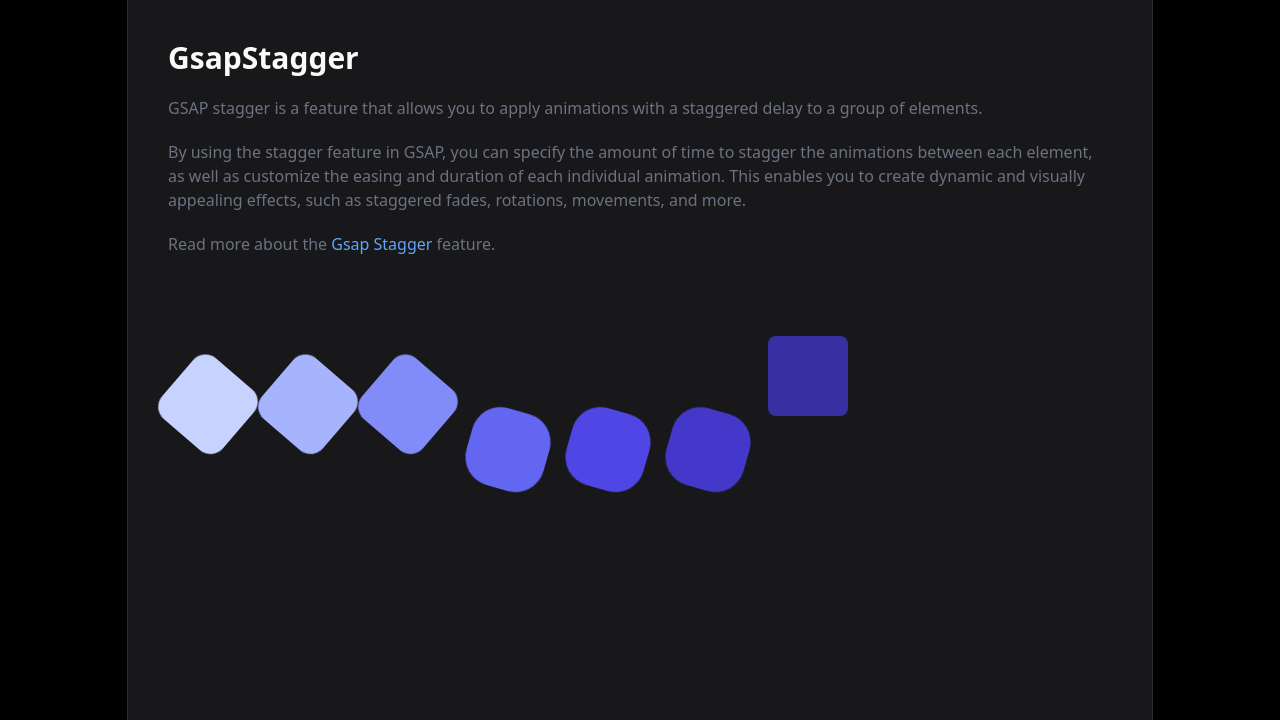
Repository: mgoyeghiaian/gsap-Starter
Page: /gsapstagger
An editor plug-in stored every save of this project. The page is shown before and after the next save, followed by the edit.
The browser window is 1280 px wide. The pictures show the whole page.
The project was rebuilt for these pictures with package versions that can differ from the ones it lists, and the page was loaded fresh each time. Also part of the build but not shown: vite.config.js, src/pages/Home.jsx, src/pages/GsapTo.jsx, src/pages/GsapFrom.jsx, src/pages/GsapFromTo.jsx, src/pages/GsapTimeline.jsx, src/pages/GsapScrollTrigger.jsx, src/pages/GsapText.jsx.

Above is the page before, as saved 2024-03-17 23:55:51.

### src/pages/GsapStagger.jsx
import { useGSAP } from "@gsap/react";
import gsap from "gsap";

const GsapStagger = () => {
  // TODO: Implement the gsap.stagger() method
  useGSAP(() => {
    gsap.to('.stagger-box', {
      y: 250,
      rotation: 360,
      borderRadius: '100%',
      repeat: -1,
      yoyo: true,
      // stagger: 0.5,
      stagger: {
        amount: 0.4,
        grid: [3,3,1],
        axis: 'y',
        ease: "circ.inOut",
        from: "center",
      }
    });
  }, [])
  return (
    <main>
      <h1>GsapStagger</h1>

      <p className="mt-5 text-gray-500">
        GSAP stagger is a feature that allows you to apply animations with a
        staggered delay to a group of elements.
      </p>

      <p className="mt-5 text-gray-500">
        By using the stagger feature in GSAP, you can specify the amount of time
        to stagger the animations between each element, as well as customize the
        easing and duration of each individual animation. This enables you to
        create dynamic and visually appealing effects, such as staggered fades,
        rotations, movements, and more.
      </p>

      <p className="mt-5 text-gray-500">
        Read more about the{" "}
        <a
          href="https://gsap.com/resources/getting-started/Staggers"
          target="_blank"
          rel="noreferrer noopener nofollow"
        >
          Gsap Stagger
        </a>{" "}
        feature.
      </p>

      <div className="mt-20">
        <div className="flex gap-5">
          <div className="w-20 h-20 bg-indigo-200 rounded-lg stagger-box" />
          <div className="w-20 h-20 bg-indigo-300 rounded-lg stagger-box" />
          <div className="w-20 h-20 bg-indigo-400 rounded-lg stagger-box" />
          <div className="w-20 h-20 bg-indigo-500 rounded-lg stagger-box" />
          <div className="w-20 h-20 bg-indigo-600 rounded-lg stagger-box" />
          <div className="w-20 h-20 bg-indigo-700 rounded-lg stagger-box" />
          <div className="w-20 h-20 bg-indigo-800 rounded-lg stagger-box" />
        </div>
      </div>
    </main>
  );
};

export default GsapStagger;

Loaded but not shown: index.html (common file); src/main.jsx (common file); src/App.jsx (common file); src/index.css (common file); src/pages/index.jsx (common file); tailwind.config.js (common file)

After the next save:
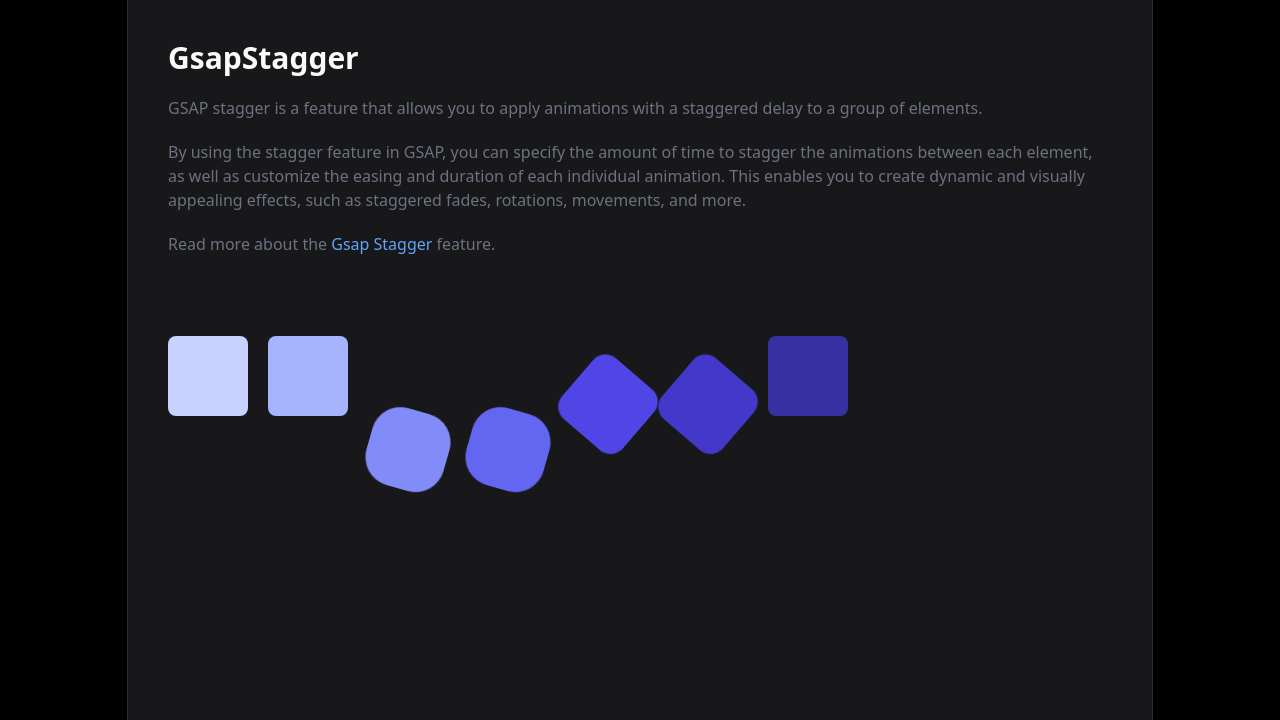
Saved 5 s later.
--- a/src/pages/GsapStagger.jsx
+++ b/src/pages/GsapStagger.jsx
@@ -13,7 +13,7 @@
       // stagger: 0.5,
       stagger: {
         amount: 0.4,
-        grid: [3,3,1],
+        grid: [3,2,2],
         axis: 'y',
         ease: "circ.inOut",
         from: "center",
